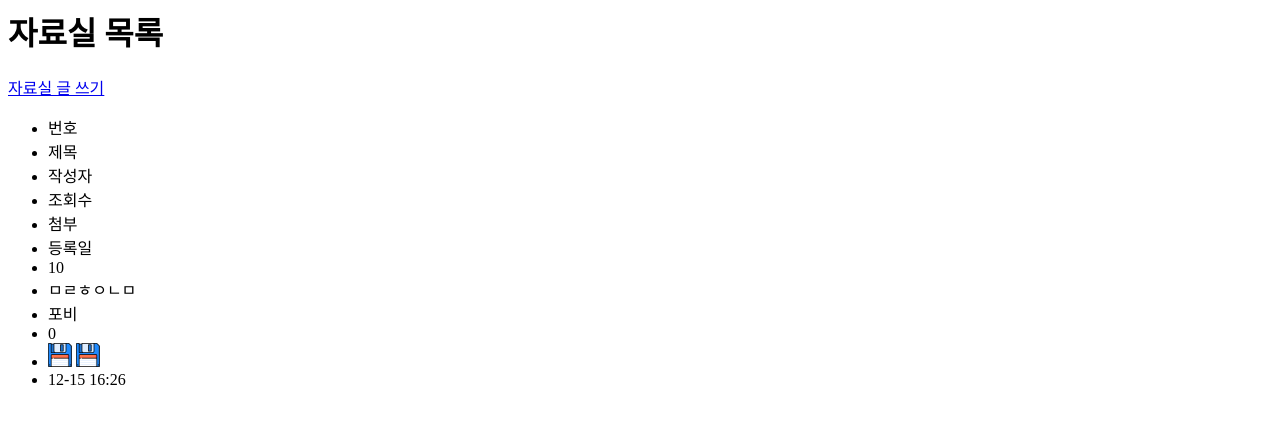
Repository: smg1024/StudySpring
Page: http://localhost/webSpringTest/WEB-INF/views/data/dataList.jsp
These files come from the project's save history. The page is drawn as it stood at one moment and after the next save; the edit follows.
The browser window is 1280 px wide. The pictures show the whole page.
The page is served by Tomcat 9. Nobody is signed in. Other server files are loaded and not shown. The template is opened directly, without the code that normally fills it, so the values that code supplies are empty.

Above is the page before, as saved 2022-12-15 07:30:20.

### webSpringTest/src/main/webapp/WEB-INF/views/data/dataList.jsp
<%@ page language="java" contentType="text/html; charset=UTF-8"
    pageEncoding="UTF-8"%>
<%@ taglib uri="http://java.sun.com/jsp/jstl/core" prefix="c" %>

<title>자료실 목록</title>
<div class="container">
	<h1>자료실 목록</h1>
	<div>
		<a href="#">자료실 글 쓰기</a>
	</div>
	<ul>
		<li>번호</li>
		<li>제목</li>
		<li>작성자</li>
		<li>조회수</li>
		<li>첨부</li>
		<li>등록일</li>

		<li>10</li>
		<li>ㅁㄹㅎㅇㄴㅁ</li>
		<li>포비</li>
		<li>0</li>
		<li>
			<a href="" download><img src="/myapp/img/disk.png"></a>
			<a href="" download><img src="/myapp/img/disk.png"></a>
		</li>
		<li>12-15 16:26</li>
	</ul>
</div>

After the next save:
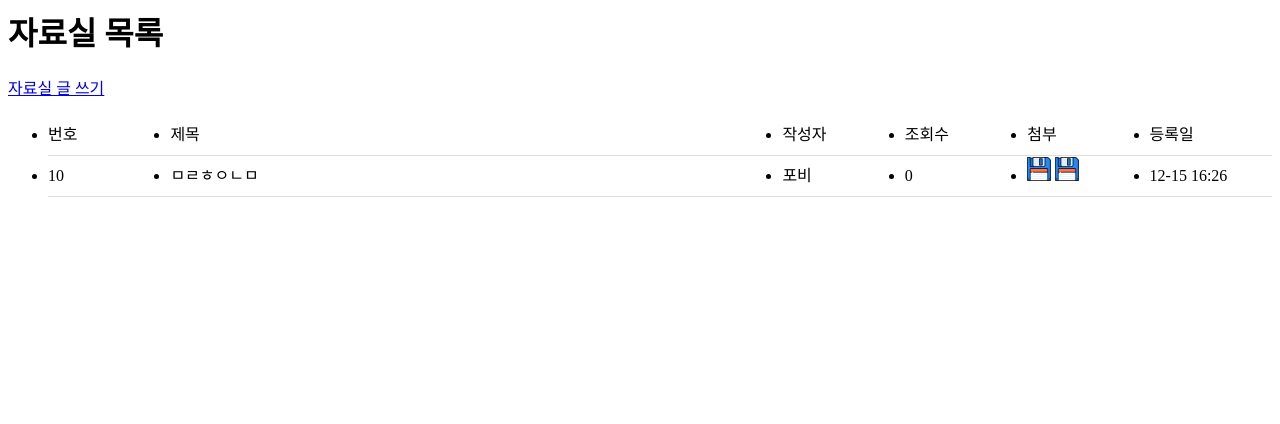
Saved 4 min 16 s later.
--- a/webSpringTest/src/main/webapp/WEB-INF/views/data/dataList.jsp
+++ b/webSpringTest/src/main/webapp/WEB-INF/views/data/dataList.jsp
@@ -1,14 +1,25 @@
 <%@ page language="java" contentType="text/html; charset=UTF-8"
     pageEncoding="UTF-8"%>
 <%@ taglib uri="http://java.sun.com/jsp/jstl/core" prefix="c" %>
-
+<style>
+	.dataDiv>li{
+		float:left;
+		width:10%;
+		height:40px;
+		line-height:40px;
+		border-bottom:1px solid #ddd;
+	}
+	.dataDiv>li:nth-child(6n+2) {
+		width:50%
+	}
+</style>
 <title>자료실 목록</title>
 <div class="container">
 	<h1>자료실 목록</h1>
 	<div>
 		<a href="#">자료실 글 쓰기</a>
 	</div>
-	<ul>
+	<ul class="dataDiv">
 		<li>번호</li>
 		<li>제목</li>
 		<li>작성자</li>
